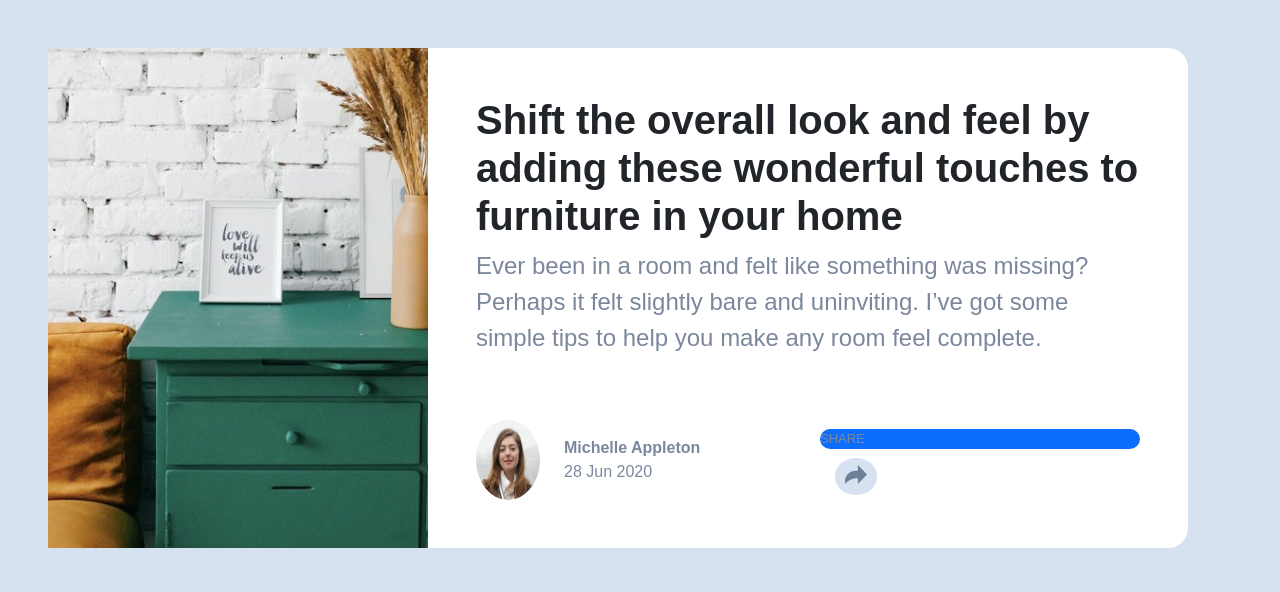
Repository: blordeus/article-preview-component
Page: index.html
The author's editor kept a copy of each file at every save. The page is drawn from the files as they stood at one save, then again after a run of saves.
The browser window is 1280 px wide. The pictures show the whole page.

Above is the page before, as saved 2024-05-17 17:08:32.

After the next 2 saves:
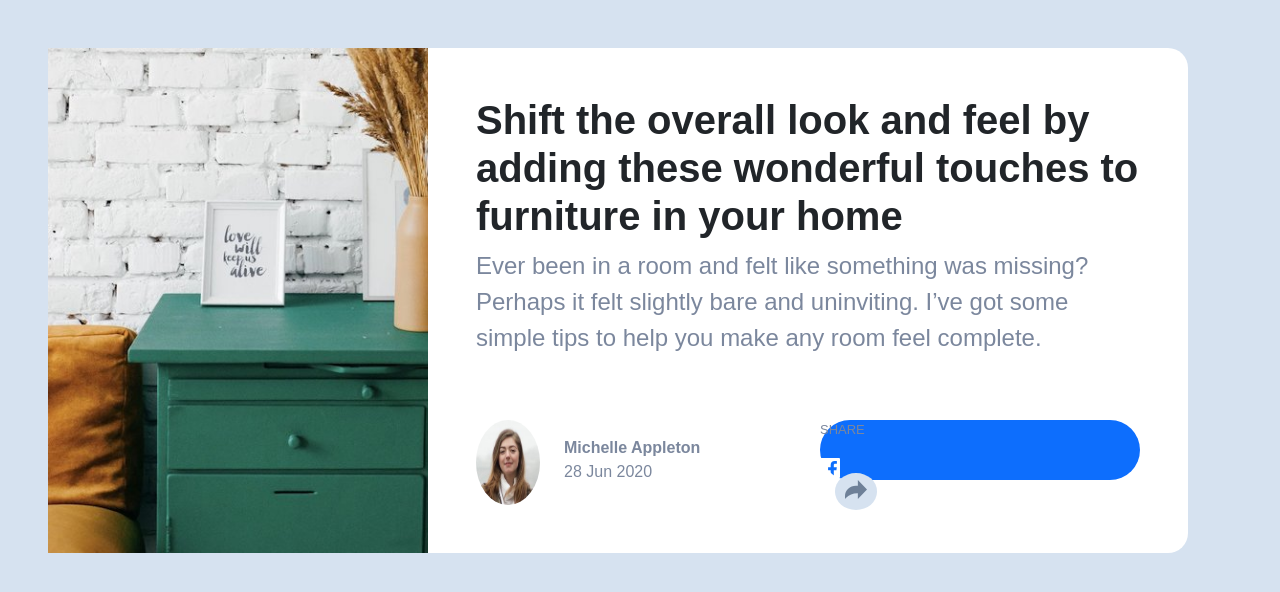
The 2 saves are shown as one change because they came seconds apart.
The last was saved 8 s later.
--- a/index.html
+++ b/index.html
@@ -37,7 +37,9 @@
           <div class="col my-auto">
             <div class="bg-primary rounded-pill ">
               <p>SHARE</p>
-
+              <div>
+                <img id="facebook" src="./images/icon-facebook.svg" alt="facebook">
+              </div>
             </div>
             <a href="#"><span class="share-background"><img id="share" src="./images/icon-share.svg" alt="share"></span></a>
           </div>
